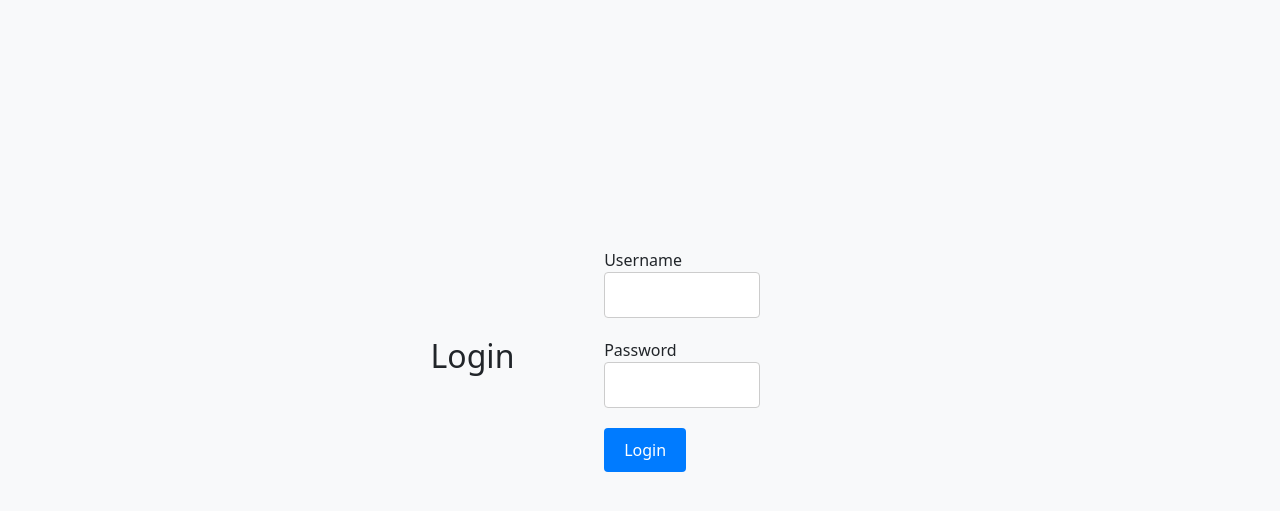
Repository: gabrielwodtke282/PetShop-fofinhos
Page: front-end/index.html
These files come from the project's save history. The page is drawn as it stood at one moment and after the next save; the edit follows.
The browser window is 1280 px wide. The pictures show the whole page.

Above is the page before, as saved 2026-03-23 10:03:16.

### front-end/index.html
<!DOCTYPE html>
<html lang="pt-BR">

<head>
    <meta charset="UTF-8">
    <meta name="viewport" content="width=device-width, initial-scale=1.0">
    <title>Fofinhos Petshop</title>
    <link href="styles.css" rel="stylesheet">
    <link href="https://cdn.jsdelivr.net/npm/bootstrap@5.3.8/dist/css/bootstrap.min.css" rel="stylesheet">
</head>

<body class="bg-light">
    <div class="container d-flex justify-content-center align-items-center vh-100">
    <h2 class="text-center">Login</h2>
    <div class="row">
        <div class="col-md-6 offset-md-3">
            <form class="login-form">
                <div class="form-group">
                    <label for="username">Username</label>
                    <input type="text" id="username" name="username" required>
                </div>
                <div class="form-group">
                    <label for="password">Password</label>
                    <input type="password" id="password" name="password" required>
                </div>
                <button type="submit" class="btn btn-primary btn-block">Login</button>
            </form>
        </div>
    </div>
</div>
</body>

</html>

### front-end/styles.css
.login-form {
    max-width: 400px;
    margin: 0 auto;
}

.login-form input[type="text"],
.login-form input[type="password"] {
    width: 100%;
    padding: 10px;
    border: 1px solid #ccc;
    border-radius: 4px;
    box-sizing: border-box;
}

.login-form button {
    background-color: #007bff;
    color: #fff;
    padding: 10px 20px;
    border: none;
    border-radius: 4px;
    cursor: pointer;
}

.login-form button:hover {
    background-color: #0056b3;
}

.login-form .form-group {
    margin-bottom: 20px;
}

After the next save:
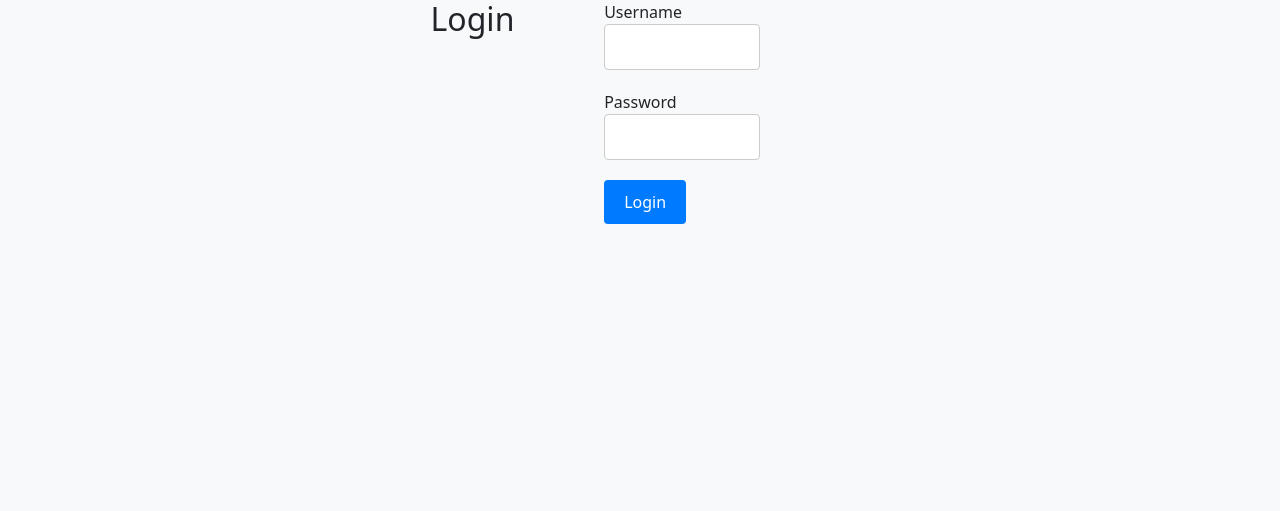
Saved 6 s later.
--- a/front-end/index.html
+++ b/front-end/index.html
@@ -10,7 +10,7 @@
 </head>
 
 <body class="bg-light">
-    <div class="container d-flex justify-content-center align-items-center vh-100">
+    <div class="container d-flex justify-content-center  vh-100">
     <h2 class="text-center">Login</h2>
     <div class="row">
         <div class="col-md-6 offset-md-3">

After the 2 saves that followed:
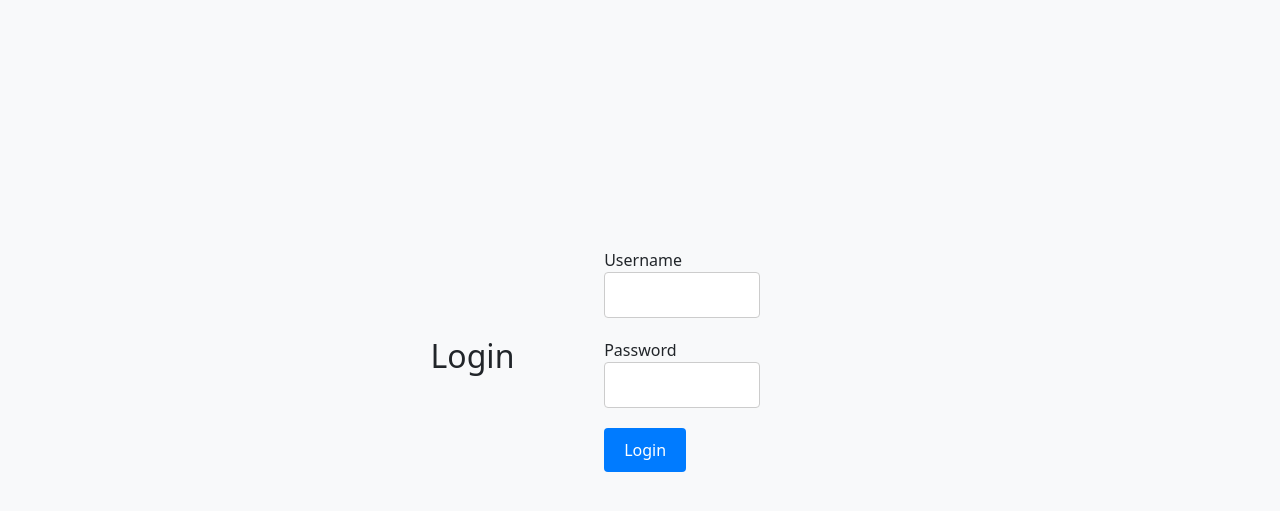
The 2 saves are shown as one change because they came seconds apart.
The last was saved 10 s later.
--- a/front-end/index.html
+++ b/front-end/index.html
@@ -10,7 +10,7 @@
 </head>
 
 <body class="bg-light">
-    <div class="container d-flex justify-content-center  vh-100">
+    <div class="container d-flex justify-content-center align-items-center vh-100">
     <h2 class="text-center">Login</h2>
     <div class="row">
         <div class="col-md-6 offset-md-3">
